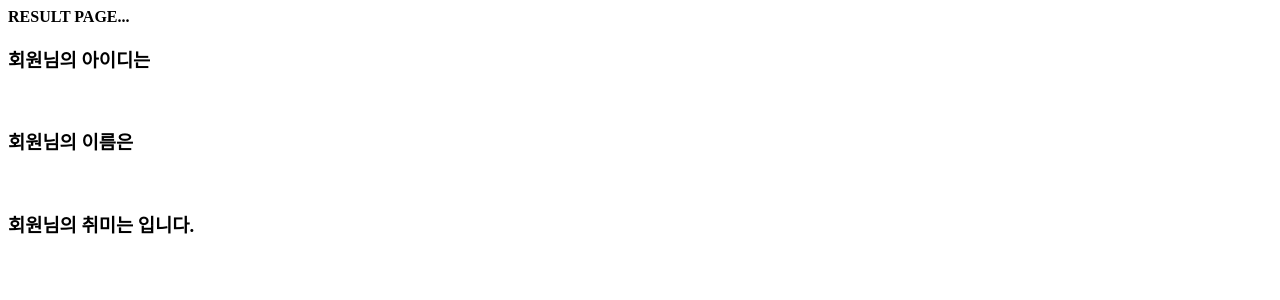
Repository: Migorithm/front_work
Page: http://localhost/front05_JQuery/4_form/jq05_result.jsp
An editor plug-in stored every save of this project. The page is shown before and after the next save, followed by the edit.
The browser window is 1280 px wide. The pictures show the whole page.
The page is served by Tomcat 9.

Above is the page before, as saved 2021-09-07 02:33:35.

### front05_JQuery/src/main/webapp/4_form/jq05_result.jsp
<%@ page language="java" contentType="text/html; charset=EUC-KR"
    pageEncoding="EUC-KR"%>
<!DOCTYPE html>
<html>
<head>
<meta charset="EUC-KR">
<title>Insert title here</title>
</head>
<body>
<B>RESULT PAGE...</B>
<h3>회원님의 아이디는 ${param.id}</h3><br/>
<h3>회원님의 이름은 ${param.name}</h3><br/>
<h3>회원님의 취미는 ${param.hobby}입니다.</h3>
</body>
</html>

After the next save:
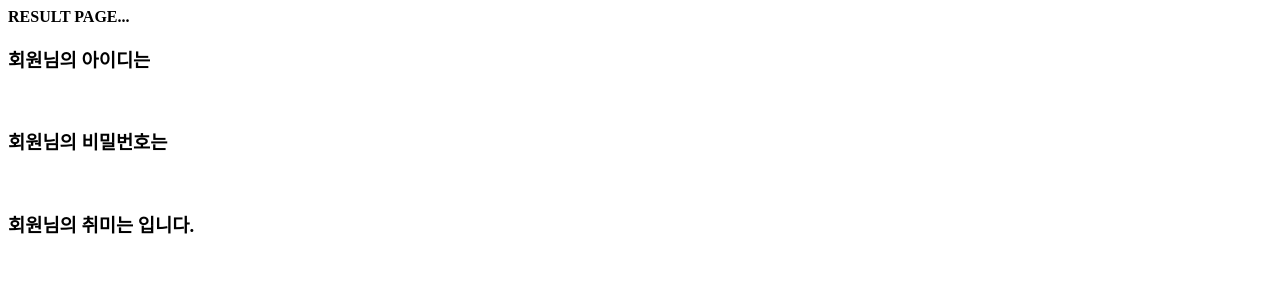
Saved 2 min 11 s later.
--- a/front05_JQuery/src/main/webapp/4_form/jq05_result.jsp
+++ b/front05_JQuery/src/main/webapp/4_form/jq05_result.jsp
@@ -9,7 +9,7 @@
 <body>
 <B>RESULT PAGE...</B>
 <h3>회원님의 아이디는 ${param.id}</h3><br/>
-<h3>회원님의 이름은 ${param.name}</h3><br/>
+<h3>회원님의 비밀번호는${param.password}</h3><br/>
 <h3>회원님의 취미는 ${param.hobby}입니다.</h3>
 </body>
 </html>
